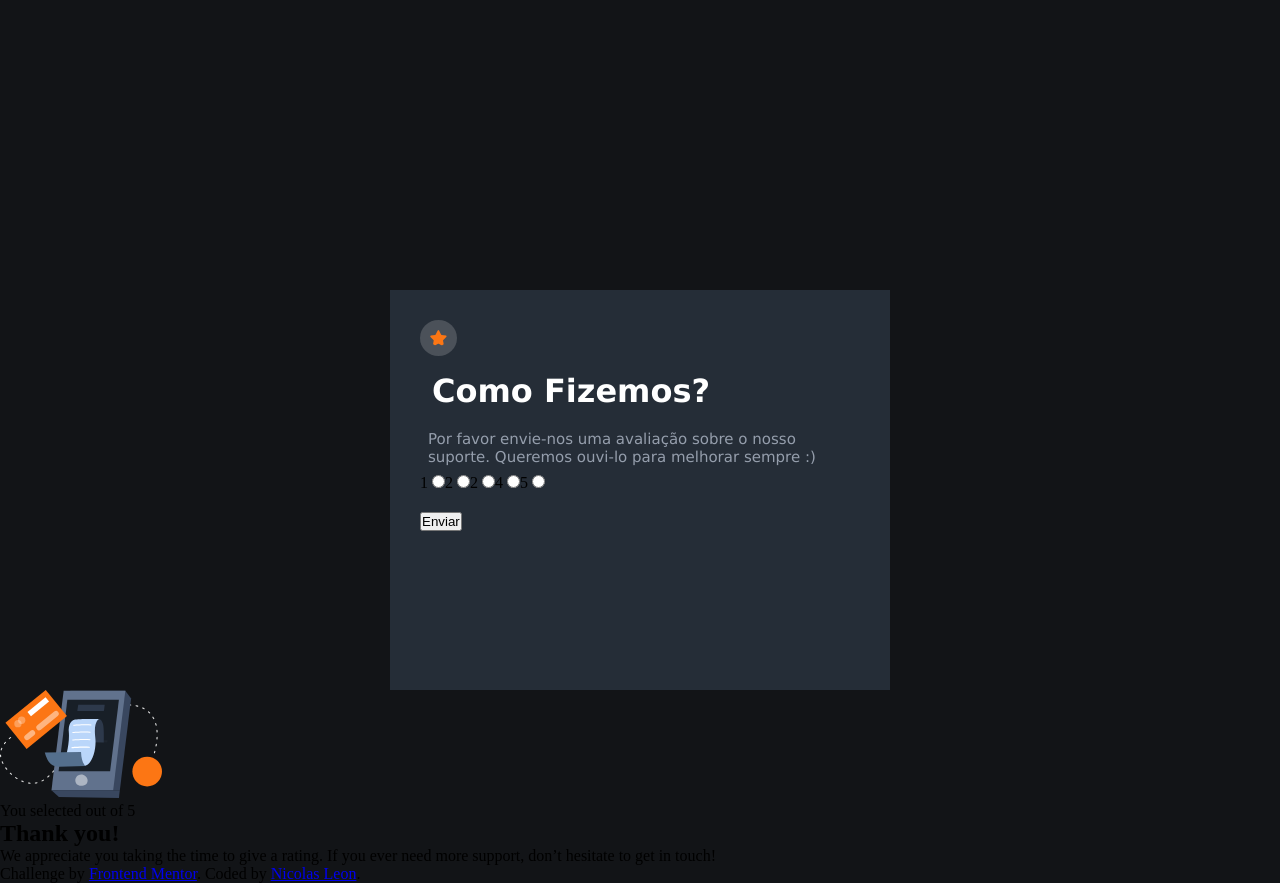
Repository: Leonngc/projeto-avaliacao
Page: index.html
The author's editor kept a copy of each file at every save. The page is drawn from the files as they stood at one save, then again after the next save.
The browser window is 1280 px wide. The pictures show the whole page.

Above is the page before, as saved 2023-01-29 20:51:27.
Console error: SyntaxError: Unexpected token ')'

### index.html
<!DOCTYPE html>
<html lang="pt-br">

<head>
  <meta charset="UTF-8">
  <meta name="viewport" content="width=device-width, initial-scale=1.0">
  <!-- displays site properly based on user's device -->

  <link rel="icon" type="image/png" sizes="32x32" href="./images/favicon-32x32.png">
  <script src="js/index.js" defer></script>

  <title>Frontend Mentor | Interactive rating component</title>

  <link rel="stylesheet" href="styles/style.css">
</head>

<body>

  <!-- Rating state start -->
  <div id="card">
    <img src="images/icon-star.svg" alt="" id="icon">
    <div id="mensage">
      <h1>Como Fizemos?</h1>
      <p>Por favor envie-nos uma avaliação sobre o nosso suporte. Queremos ouvi-lo para melhorar sempre :)</p>
    </div>
    <form>
      <div id="ratting">
        <div>
          <label for="ratting-one">1</label> <input type="radio" class="ratting-btn" id="ratting-one" name="ratting">
        </div>
        <div>
          <label for="ratting-two">2</label> <input type="radio" class="ratting-btn" id="ratting-two" name="ratting">
        </div>
        <div>
          <label for="ratting-three">2</label> <input type="radio" class="ratting-btn" id="ratting-three" name="ratting">
        </div>
        <div>
          <label for="ratting-four">4</label> <input type="radio" class="ratting-btn" id="ratting-four" name="ratting">
        </div>
        <div>
          <label for="ratting-five">5</label> <input type="radio" class="ratting-btn" id="ratting-five" name="ratting">
        </div>
            </div><input type="submit" value="Enviar" onclick="sent()" id="">
      </div>

  </form>

  <!-- Rating state end -->

  <!-- Thank you state start -->

  <section id="result-avaliation" class="avaliation-form">
    <div id="thank-image">
      <img src="images/illustration-thank-you.svg" alt="">
    </div>


    <p id="avaliation-user">You selected <!--ratting result --> out of 5</p>
    <h1>Thank you!</h1>
    <p id="thanks-mensage">
      We appreciate you taking the time to give a rating. If you ever need more support,
      don’t hesitate to get in touch!
    </p>
  </section>

  <!-- Thank you state end -->


  <footer class="attribution">
    Challenge by <a href="https://www.frontendmentor.io?ref=challenge" target="_blank">Frontend Mentor</a>.
    Coded by <a href="#">Nicolas Leon</a>.
  </footer>
</body>

</html>

### js/index.js
switch () {
    case value:

        break;

    default:
        break;
}

### styles/style.css
:root {
  --very-dark-blue: hsl(216, 12%, 8%);
  --dark-blue: hsl(213, 19%, 18%);
  --medium-grey: hsl(216, 12%, 54%);
  --light-grey: hsl(217, 12%, 63%);
}

* {
  margin: 0;
  padding: 0;
  box-sizing: border-box;
}

body{
  background-color: var(--very-dark-blue);
}

#card{
  background-color: var(--dark-blue);
  width: 500px;
  height: 400px;
  margin: auto;
  margin-top: 290px;
  padding: 30px;
}

#ratting{
  display: flex;
  margin-bottom: 20px;
}

#ratting-btn{
  height: 100px;
  width: 300px;
}

#icon{
  background-color: rgba(211, 211, 211, 0.218);
  padding: 10px;
  border-radius: 50%;
}

#mensage > h1{
  font-family: 'Lucida Sans', 'Lucida Sans Regular', 'Lucida Grande', 'Lucida Sans Unicode', Geneva, Verdana, sans-serif;
  color: white;
  padding: 12px;
}

#mensage > p{
  padding: 8px;
  font-size: 15px;
  font-family: Verdana, Geneva, Tahoma, sans-serif;
  color: var(--light-grey);
}

After the next save:
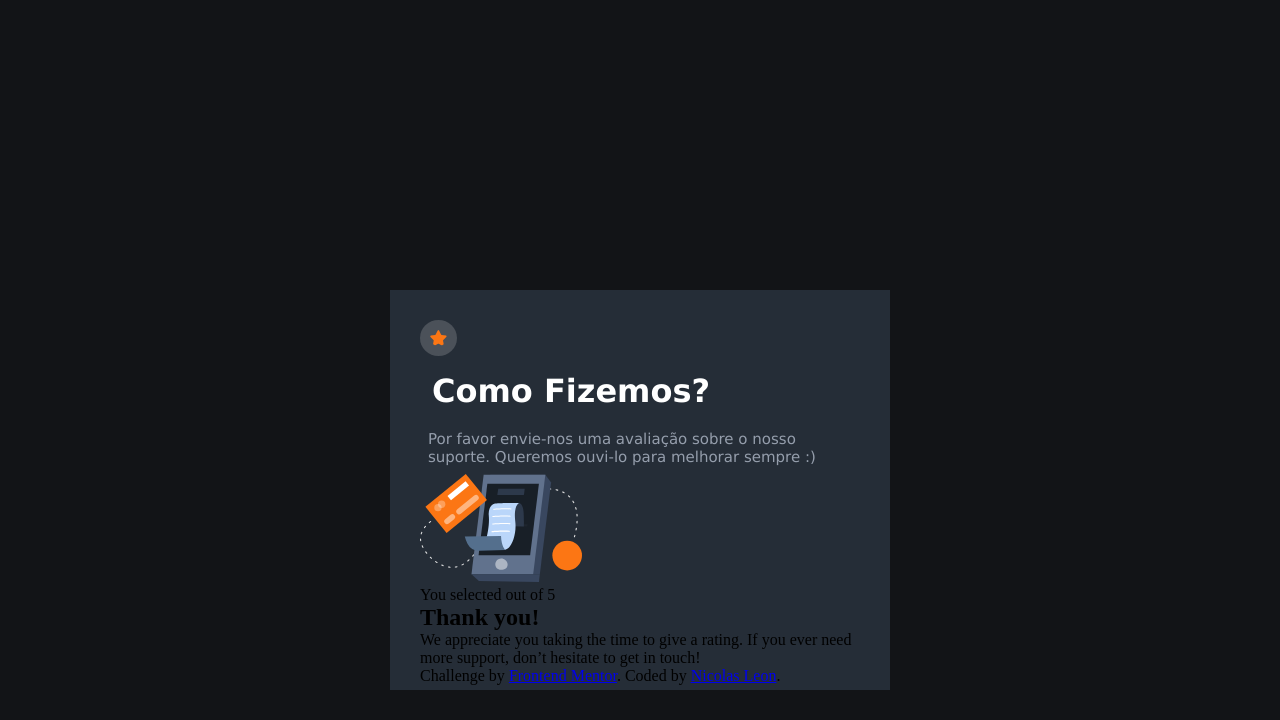
Saved 3 h 3 min later.
--- a/index.html
+++ b/index.html
@@ -23,27 +23,7 @@
       <h1>Como Fizemos?</h1>
       <p>Por favor envie-nos uma avaliação sobre o nosso suporte. Queremos ouvi-lo para melhorar sempre :)</p>
     </div>
-    <form>
-      <div id="ratting">
-        <div>
-          <label for="ratting-one">1</label> <input type="radio" class="ratting-btn" id="ratting-one" name="ratting">
-        </div>
-        <div>
-          <label for="ratting-two">2</label> <input type="radio" class="ratting-btn" id="ratting-two" name="ratting">
-        </div>
-        <div>
-          <label for="ratting-three">2</label> <input type="radio" class="ratting-btn" id="ratting-three" name="ratting">
-        </div>
-        <div>
-          <label for="ratting-four">4</label> <input type="radio" class="ratting-btn" id="ratting-four" name="ratting">
-        </div>
-        <div>
-          <label for="ratting-five">5</label> <input type="radio" class="ratting-btn" id="ratting-five" name="ratting">
-        </div>
-            </div><input type="submit" value="Enviar" onclick="sent()" id="">
-      </div>
 
-  </form>
 
   <!-- Rating state end -->
 
